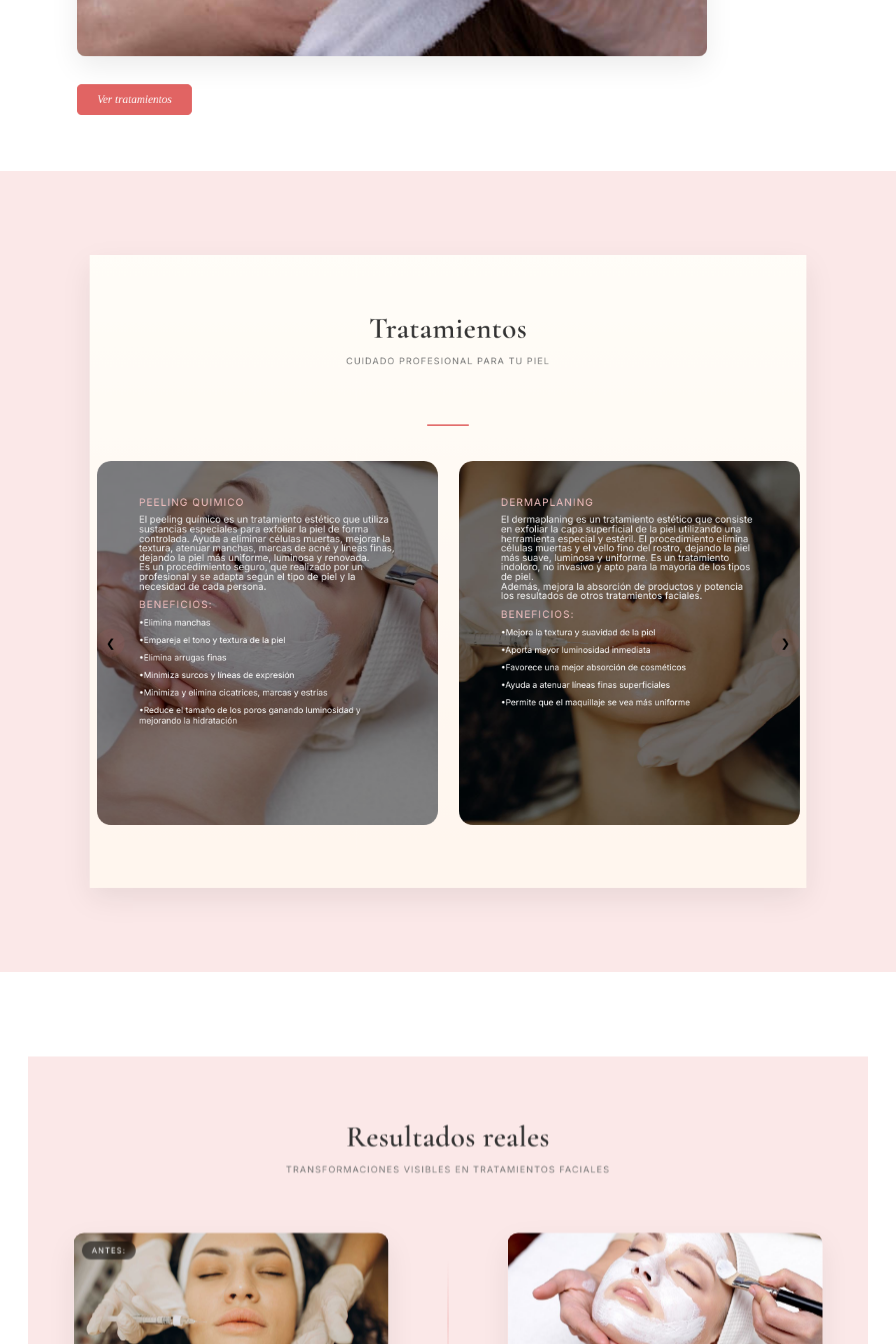
Repository: thiagobal1891-sudo/paginaweb
Page: index.html
These files come from the project's save history. The page is drawn as it stood at one moment and after the next save; the edit follows.
The browser window is 1280 px wide. The pictures show the part of the page from y = 2155 to 4075 px (the page is 5796 px tall), at 70% of full size.
Some web fonts or font styles are not loaded; a fallback is used.

Above is the page before, as saved 2026-03-16 16:41:18.
Console error: ReferenceError: emailjs is not defined

After the next save:
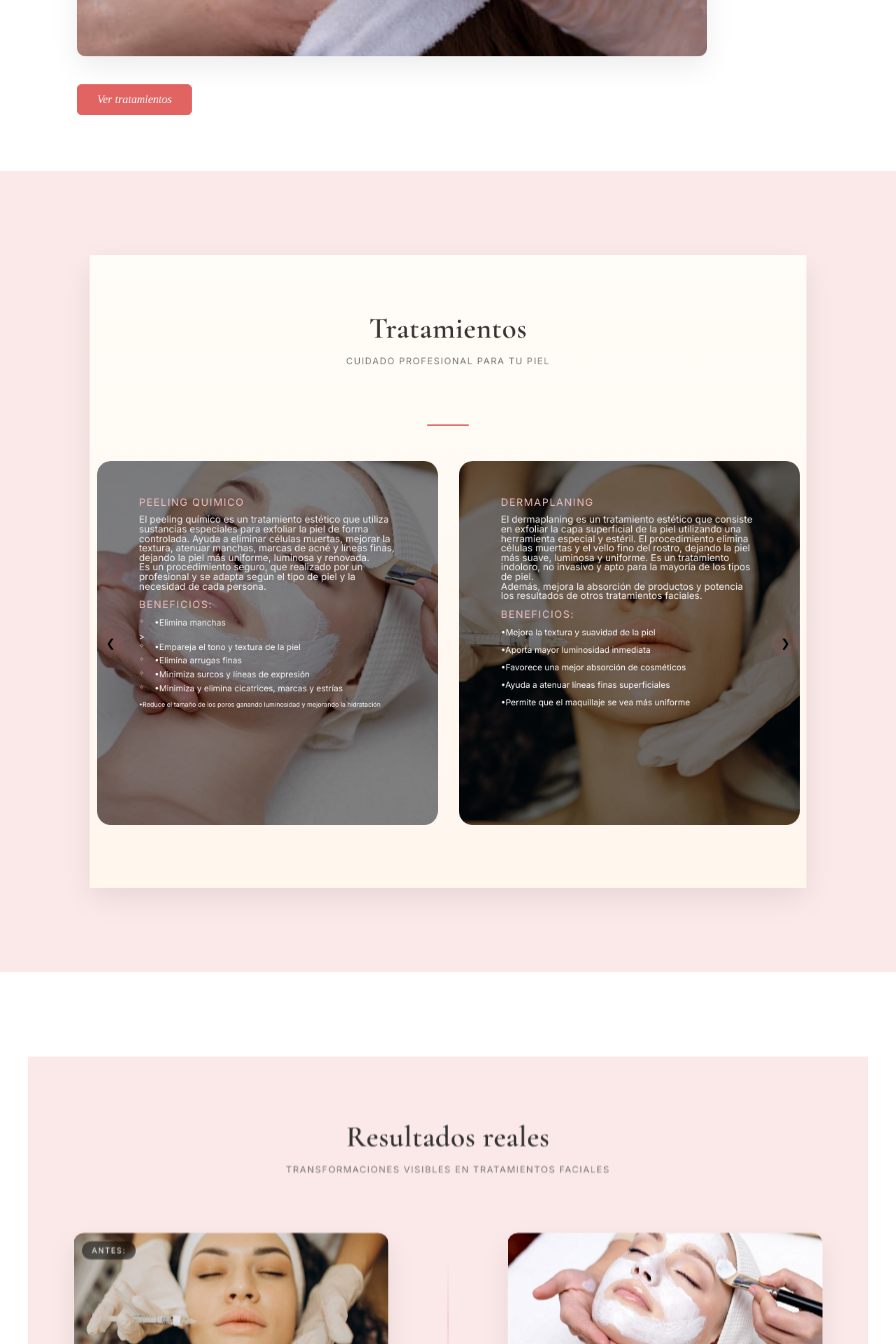
Saved 6 min 1 s later.
--- a/index.html
+++ b/index.html
@@ -116,11 +116,11 @@ Ver tratamientos
           Ayuda a eliminar células muertas, mejorar la textura, atenuar manchas, marcas de acné y líneas finas, dejando la piel más uniforme, luminosa y renovada.
           <br>Es un procedimiento seguro, que realizado por un profesional y se adapta según el tipo de piel y la necesidad de cada persona.</p>
           <h3>Beneficios:</h3>
-          <ul>•Elimina manchas</ul>
-          <ul>•Empareja el tono y textura de la piel</ul>
-          <ul>•Elimina arrugas finas</ul>
-          <ul>•Minimiza surcos y líneas de expresión</ul>
-          <ul>•Minimiza y elimina cicatrices, marcas y estrías</ul>
+          <ul><li>•Elimina manchas</li>>
+          <li>•Empareja el tono y textura de la piel</li>
+          <li>•Elimina arrugas finas</li>
+          <li>•Minimiza surcos y líneas de expresión</li>
+          <li>•Minimiza y elimina cicatrices, marcas y estrías</li>
           <ul>•Reduce el tamaño de los poros ganando luminosidad y mejorando la hidratación</ul>
         </div>
 
